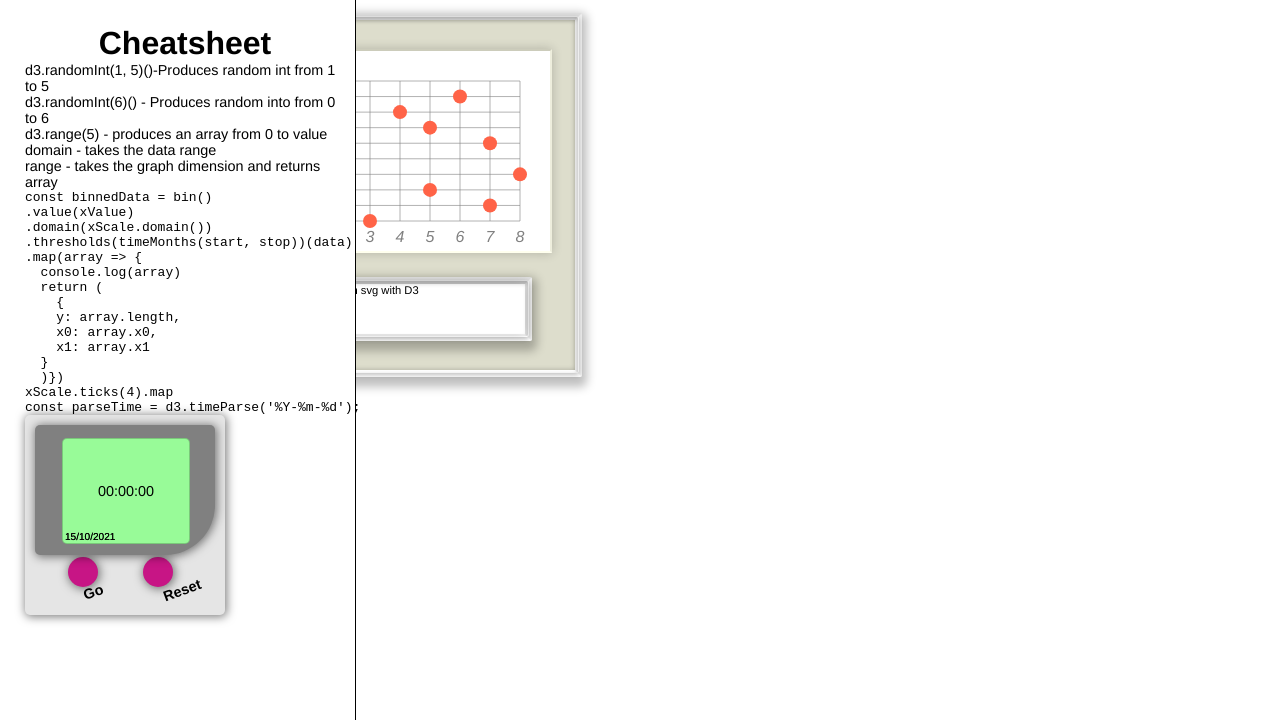
Repository: Lewisjohnward/100-days-of-d3
Page: /
These files come from the project's save history. The page is drawn as it stood at one moment and after a run of saves; the edit follows.
The browser window is 1280 px wide. The pictures show the whole page.
The page's requests for data from a server got no answer. An inner scrolling area shows only its first screen. The project was rebuilt for these pictures with package versions that can differ from the ones it lists, and the page was loaded fresh each time. No one was signed in, and anything a server would have sent is missing. Also part of the build but not shown: src/charts/chart2/useGetData.js, src/charts/chart2/styles.js, src/charts/chart2/Chart.js, src/charts/chart3/useGetData.js, src/charts/chart3/styles.js, src/charts/chart3/Chart.js, src/charts/chart4/useGetData.js, src/charts/chart4/styles.js and 4 more.

Above is the page before, as saved 2021-10-20 15:30:04.

After the next 2 saves:
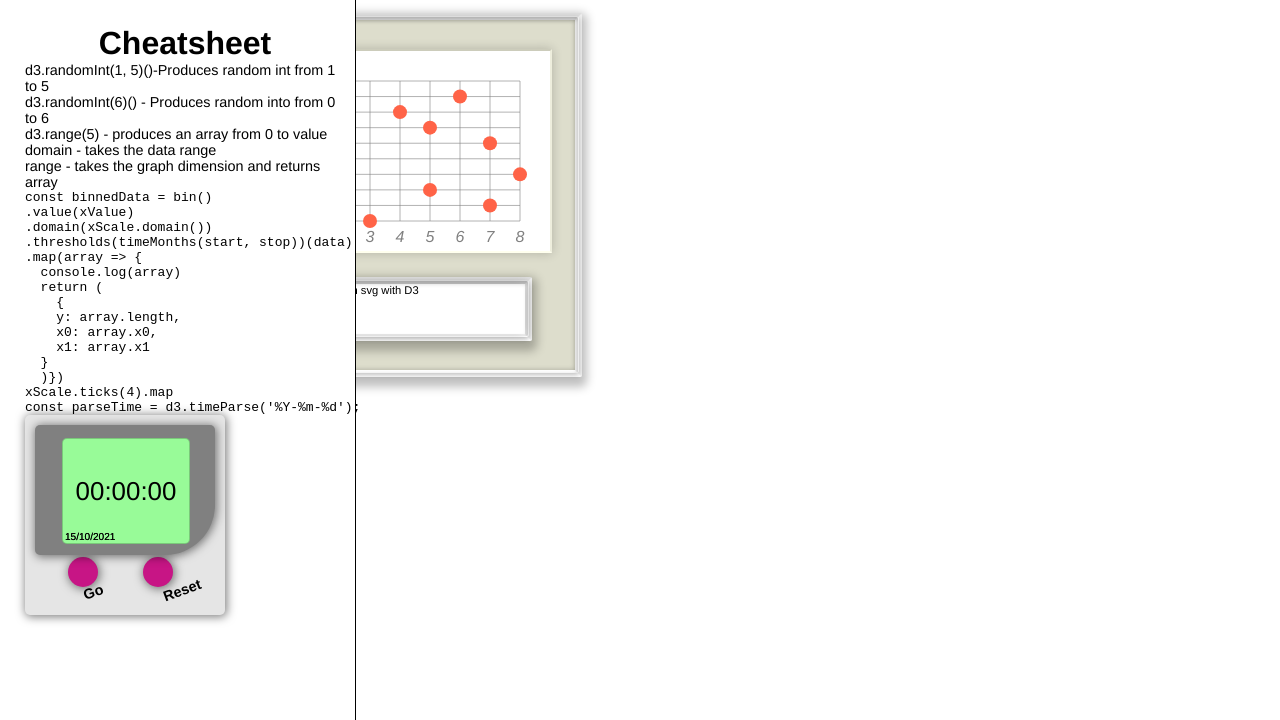
The 2 saves are shown as one change because they came seconds apart.
The last was saved 7 s later.
--- a/src/components/Timer.js
+++ b/src/components/Timer.js
@@ -50,7 +50,7 @@ const TimerContainer = styled.div`
   background: palegreen;
   border-radius: 5px;
   border: 1px solid rgba(0, 0, 0, 0.2);
-  font-size: 1em;
+  font-size: 1.8em;
 `;
 
 const ButtonContainer = styled.div`
